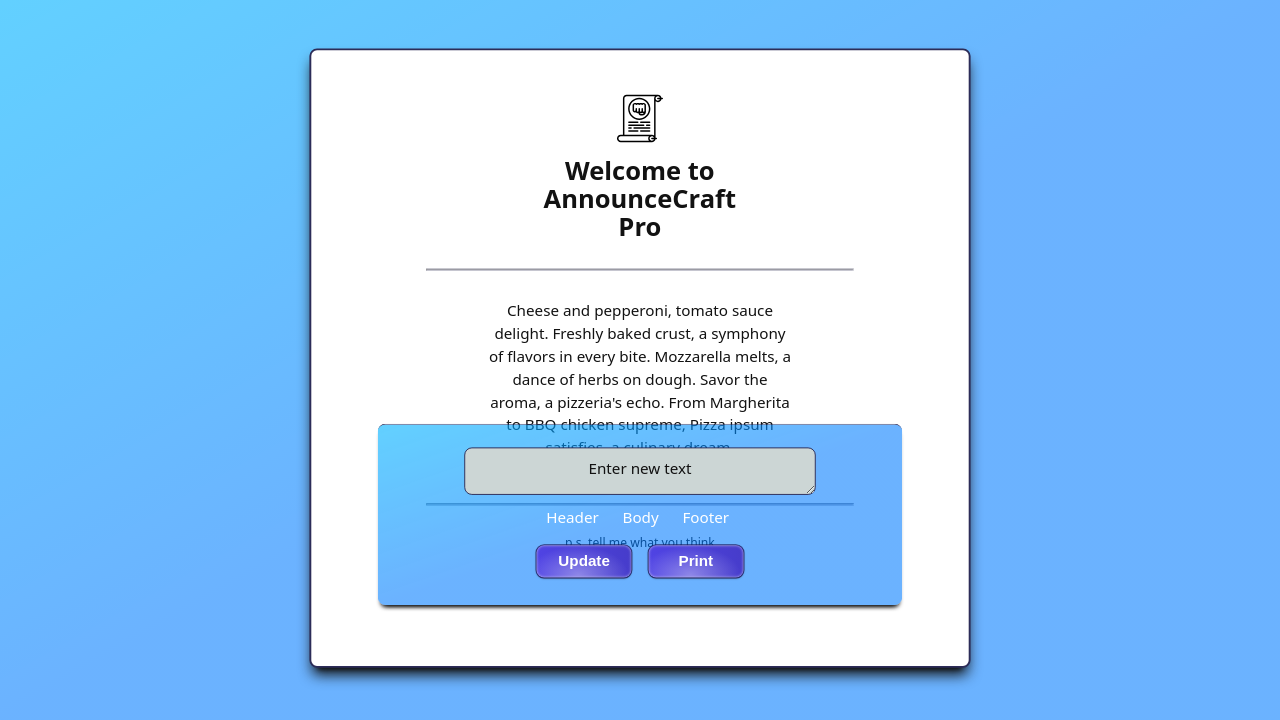
Repository: Freezler/AnnounceCraft
Page: index.html
The author's editor kept a copy of each file at every save. The page is drawn from the files as they stood at one save, then again after the next save.
The browser window is 1280 px wide. The pictures show the whole page.

Above is the page before, as saved 2024-01-22 21:05:26.

After the next save:
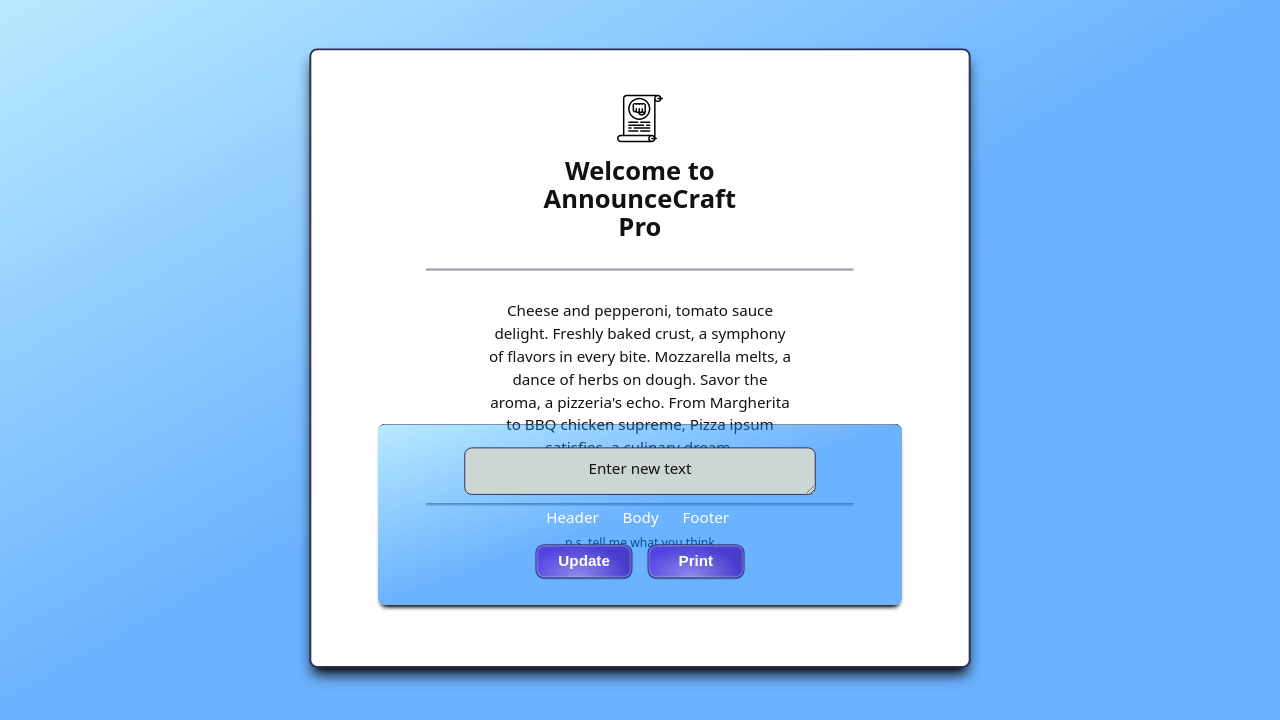
Saved 33 s later.
--- a/style.css
+++ b/style.css
@@ -12,7 +12,7 @@
     --secondary: rgb(0, 255, 76);
     --polkadot-pink: #e6007a;
     --polkadot-purple: #552BBF;
-    --polkadot-cyan: #00b3ff9d;
+    --polkadot-cyan: #00b3ff47;
     --polkadot-lime: #D3FF33;
     --polkadot-green: #56F39A;
 
